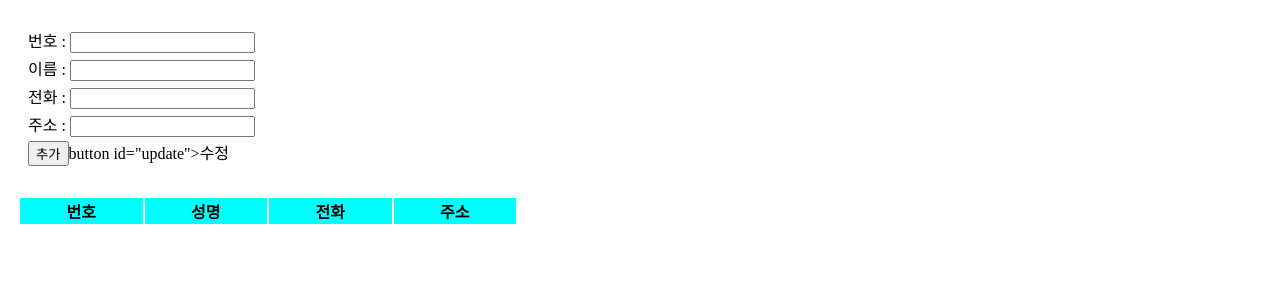
Repository: choikangx/contactsapp
Page: workspace/openapi/jquerytest/WebContent/contact-ui.html
An editor plug-in stored every save of this project. The page is shown before and after the next save, followed by the edit.
The browser window is 1280 px wide. The pictures show the whole page.
The page's requests for data from a server got no answer.

Above is the page before, as saved 2019-02-20 00:45:16.

After the next save:
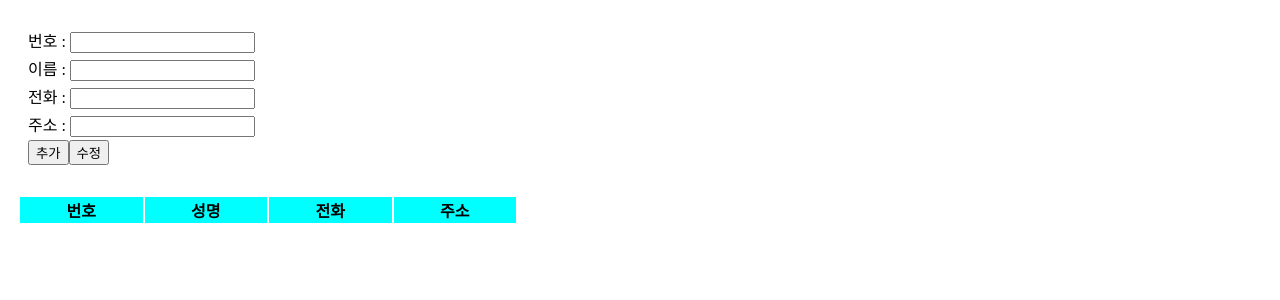
Saved 103 s later.
--- a/workspace/openapi/jquerytest/WebContent/contact-ui.html
+++ b/workspace/openapi/jquerytest/WebContent/contact-ui.html
@@ -58,7 +58,7 @@ $(function() {
           <div class="myinput">전화 : <input type="text" id="tel" name="tel" /></div>
           <div class="myinput">주소 : <input type="text" id="address" name="address" /></div>
       </form>
-      <button id="add">추가</button>button id="update">수정</button>
+      <button id="add">추가</button><button id="update">수정</button>
     </div>
     <div  style="margin:10px 10px 10px 10px; ">
       <table class="mytable">
